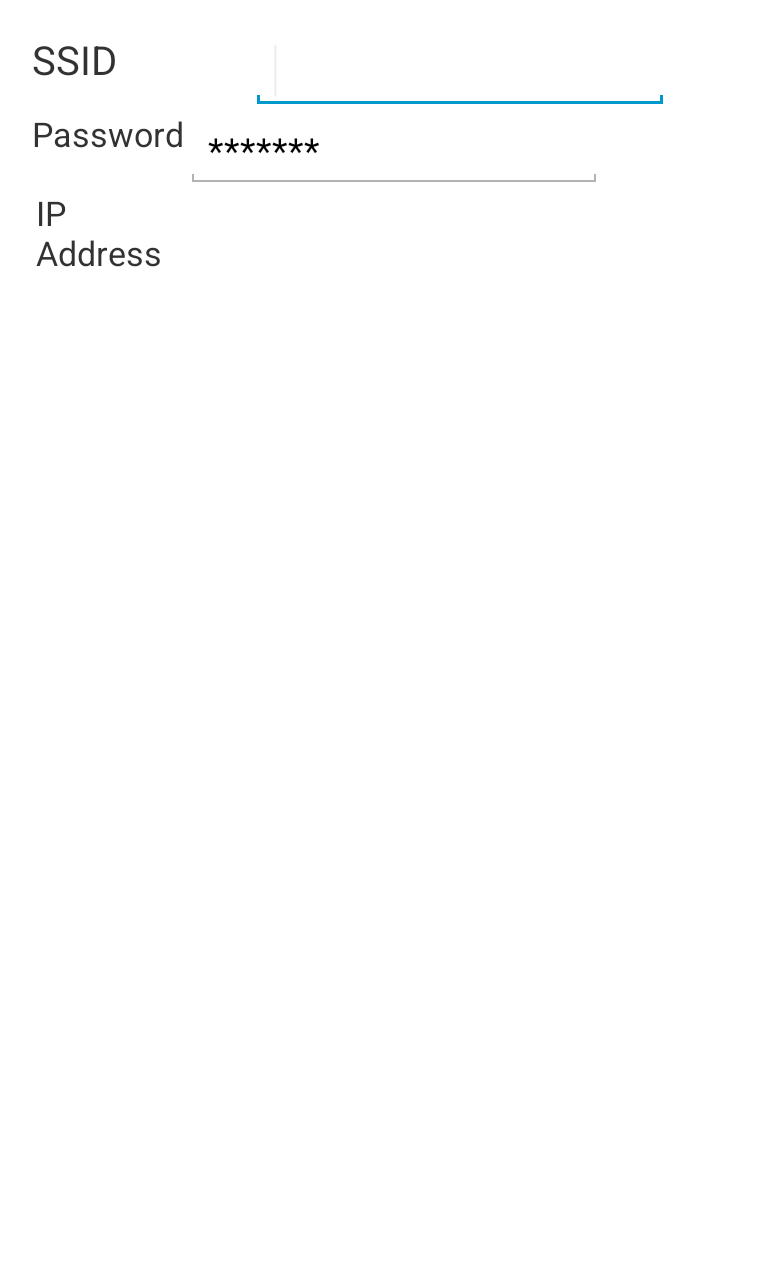
Repository: Maveriick/cs577a
Layout: Mobile-ControlledLighting/res/layout/activity_configure_gateway.xml
The author's editor kept a copy of each file at every save. The layout is drawn from the files as they stood at one save, then again after the next save.
It is drawn on a 768 x 1280 px phone screen (xhdpi) without system bars, with theme AppTheme; the app's code is not run.

Above is the layout before, as saved 2014-10-05 00:52:50.

After the next save:
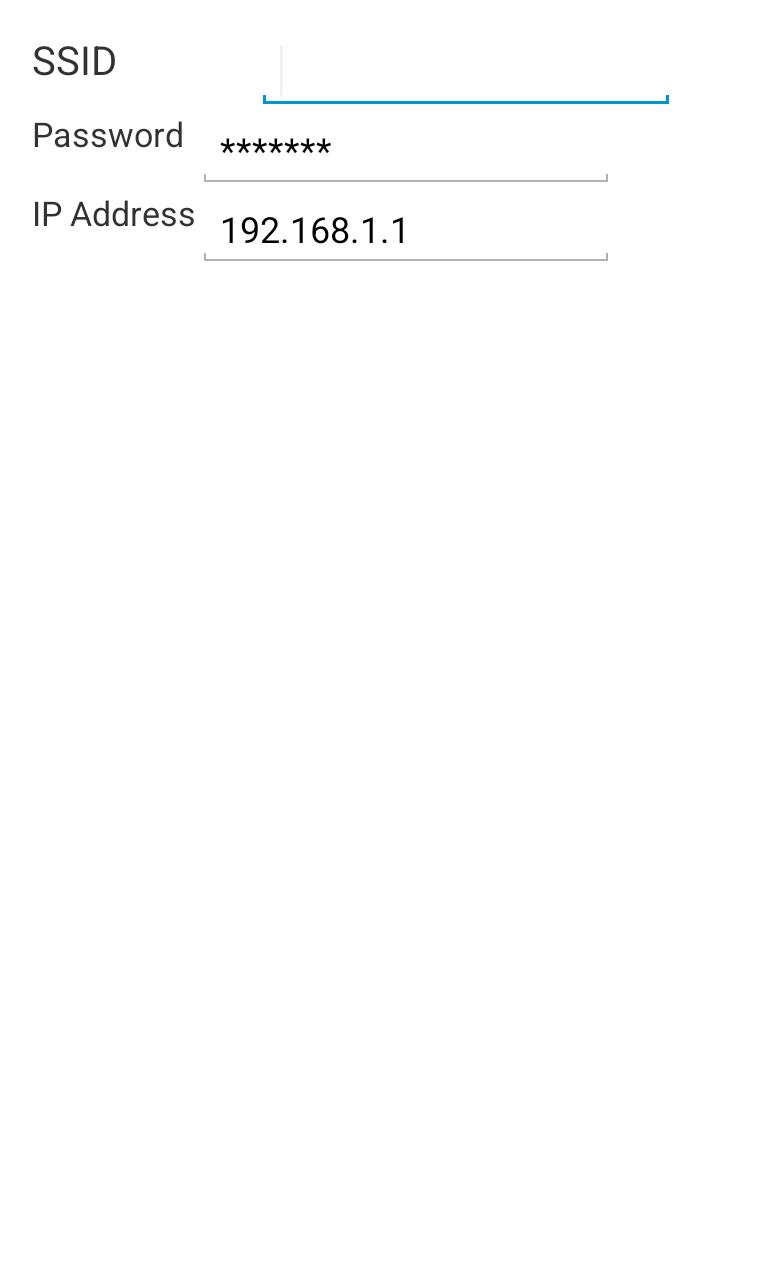
Saved 38 s later.
--- a/Mobile-ControlledLighting/res/layout/activity_configure_gateway.xml
+++ b/Mobile-ControlledLighting/res/layout/activity_configure_gateway.xml
@@ -58,13 +58,21 @@
 
         <TextView
             android:id="@+id/textView3"
-            android:layout_width="72dp"
+            android:layout_width="wrap_content"
             android:layout_column="0"
-            android:layout_gravity="center_horizontal|top"
+            android:layout_gravity="left|top"
             android:layout_row="5"
             android:text="IP Address"
             android:textSize="17sp" />
 
+        <EditText
+            android:id="@+id/editText3"
+            android:layout_column="1"
+            android:layout_gravity="left|top"
+            android:layout_row="5"
+            android:ems="10"
+            android:text="192.168.1.1" />
+
     </GridLayout>
 
 </RelativeLayout>
